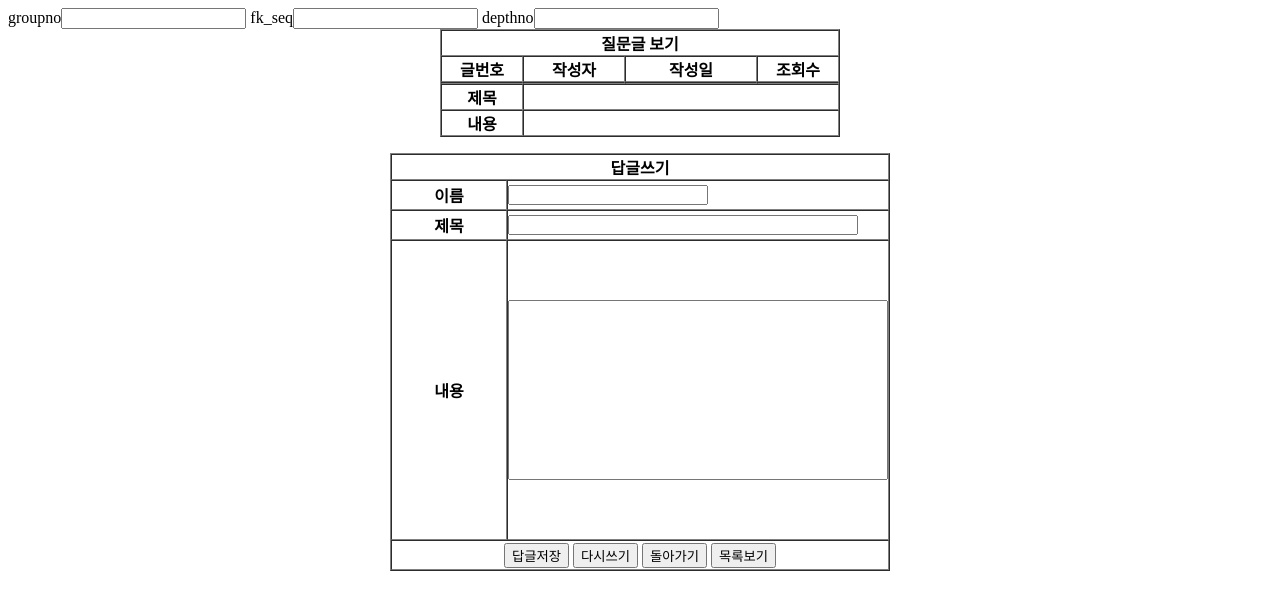
Repository: xx10222/STS_MVC2_Board
Page: http://localhost/project2/WEB-INF/views/board/replyView.jsp
These files come from the project's save history. The page is drawn as it stood at one moment and after the next save; the edit follows.
The browser window is 1280 px wide. The pictures show the whole page.
Some web libraries are served in a nearby version. The page is served by Tomcat 9. Nobody is signed in. Other server files are loaded and not shown. The template is opened directly, without the code that normally fills it, so the values that code supplies are empty.

Above is the page before, as saved 2020-05-27 10:40:22.

### project2/src/main/webapp/WEB-INF/views/board/replyView.jsp
<%@ page language="java" contentType="text/html; charset=UTF-8" pageEncoding="UTF-8"%>
<%@ taglib uri="http://java.sun.com/jsp/jstl/core" prefix="c" %>
<%@ taglib prefix="fmt" uri="http://java.sun.com/jsp/jstl/fmt"%>
<! DOCTYPE html PUBLIC "-//W3C//DTD HTML 4.01 Transitional//EN" "http://www.w3.org/TR/html4/loose.dtd">
<html>
   <head>
      <script src="//cdnjs.cloudflare.com/ajax/libs/jquery/3.2.1/jquery.min.js"></script>
       <title>게시판</title>
   </head>
   <script type="text/javascript">
      $(document).ready(function(){
         var formObj = $("form[name='replyForm']");
         //목록보기
         $(".list_btn").on("click", function(){
            event.preventDefault();
            location.href = "/board/list";
         })
         //답글저장
         $(".reply_btn").on("click", function(){
            if(fn_valiChk()){
               return false;
            }
            formObj.attr("action", "/board/reply");
            formObj.attr("method", "post");
            formObj.submit();
         })
         /*다시쓰기
         $(".rewrite_btn").on("click", function(){
            event.preventDefault();
             location.href = "/board/replyView";
         })*/
         //돌아가기
         $(".cancel_btn").on("click", function(){
            event.preventDefault();
            location.href = "/board/updateView?bno=${reply.bno}";
         })
      })

      function fn_valiChk(){
         var listForm = $("form[name='listForm'] .chk").length;
         for(var i = 0; i<listForm; i++){
            if($(".chk").eq(i).val() == "" || $(".chk").eq(i).val() == null){
               alert($(".chk").eq(i).attr("title"));
               return true;
            }
         }
      }
      function numberMaxLength(e){
          if(e.value.length > e.maxLength){
              e.value = e.value.slice(0, e.maxLength);
          }
      }
   </script>

   <body>

      <div id="root">

         <section id="container">
            <form name="replyForm" role="form" method="post" action="/board/reply">
               <input type="hidden" name="bno" value="${reply.bno}" readonly="readonly"/>

               <label>groupno</label><input type="number" name="groupno" value="${reply.groupno}" readonly="readonly"/>
               <label>fk_seq</label><input type="number" name="fk_seq" value="${reply.fk_seq}" readonly="readonly"/>
               <label>depthno</label><input type="number" name="depthno" value="${reply.depthno}" readonly="readonly"/>

               <table align="center" width="400" cellpadding="0" cellspacing="0" border="1">
                  <tr><th colspan = "4" align="center">질문글 보기</th></tr>
                  <tr>
                     <th align="center">글번호</th>
                     <th align="center">작성자</th>
                     <th align="center">작성일</th>
                     <th align="center">조회수</th>
                  </tr>
                  <tr>
                      <td align="center" width="80"><c:out value="${reply.bno}" /></td>
                     <td align="center" width="100"><c:out value="${reply.writer}" /></td>
                     <td align="center" width="130">
                           <fmt:formatDate value="${reply.regdate}" pattern="yyyy-MM-dd HH:mm:ss"/>
                     </td>
                     <td align="center" width="80"><c:out value="${reply.hit}" /></td>
                  </tr>
                    <tr>
                       <th>제목</th>
                       <td colspan = "3">
                           <c:out value=" ${reply.title}"/>
                        </td>
                     </tr>
                     <tr>
                        <th>내용</th>
                       <td colspan = "3">
                           <c:out value=" ${reply.content}"/>
                        </td>
                     </tr>
               </table>
            </form>

            <form name="replyForm" method="post" action="/board/reply">
               <input type="hidden" name="groupno" value="${reply.groupno}" readonly="readonly"/>
               <input type="hidden" name="fk_seq" value="${reply.bno}" readonly="readonly"/>
               <input type="hidden" name="depthno" value="${reply.depthno+1}" readonly="readonly"/>
               <table align="center" width="500" cellpadding="0" cellspacing="0" border="1">
                  <tr><th colspan = "2" align="center">답글쓰기</th></tr>
                      <tr>
                        <th align="center" width="100" height="30">이름</th>
                        <td>
                          <input style="width:200px;height:20px;" type="text" id="writer" name="writer" class="chk" title="작성자를 입력하세요."
                          maxlength="20" oninput="numberMaxLength(this);"/>
                        </td>
                     </tr>
                     <tr>
                        <th align="center" width="100" height="30">제목</th>
                        <td>
                           <input style="width:350px;height:20px; type="text" id="title" name="title" class="chk" title="제목을 입력하세요."/>
                        </td>
                     </tr>
                     <tr>
                        <th align="center" width="200" height="300">내용</th>
                        <td>
                           <textarea style="resize: none; width:380px;height:180px; id="content" name="content" class="chk" title="내용을 입력하세요."></textarea>
                        </td>
                     </tr>

                     <tr><th colspan="4" align="center" height="30">
                        <div>
                     		<button type="submit" class="reply_btn">답글저장</button>
                     		<button type="reset">다시쓰기</button>
                           <button type="submit" class="cancel_btn">돌아가기</button>
                           <button type="submit" class="list_btn">목록보기</button>
                        </div>
                     </tr>
               </table>
            </form>
         </section>
      </div>
   </body>
</html>

After the next save:
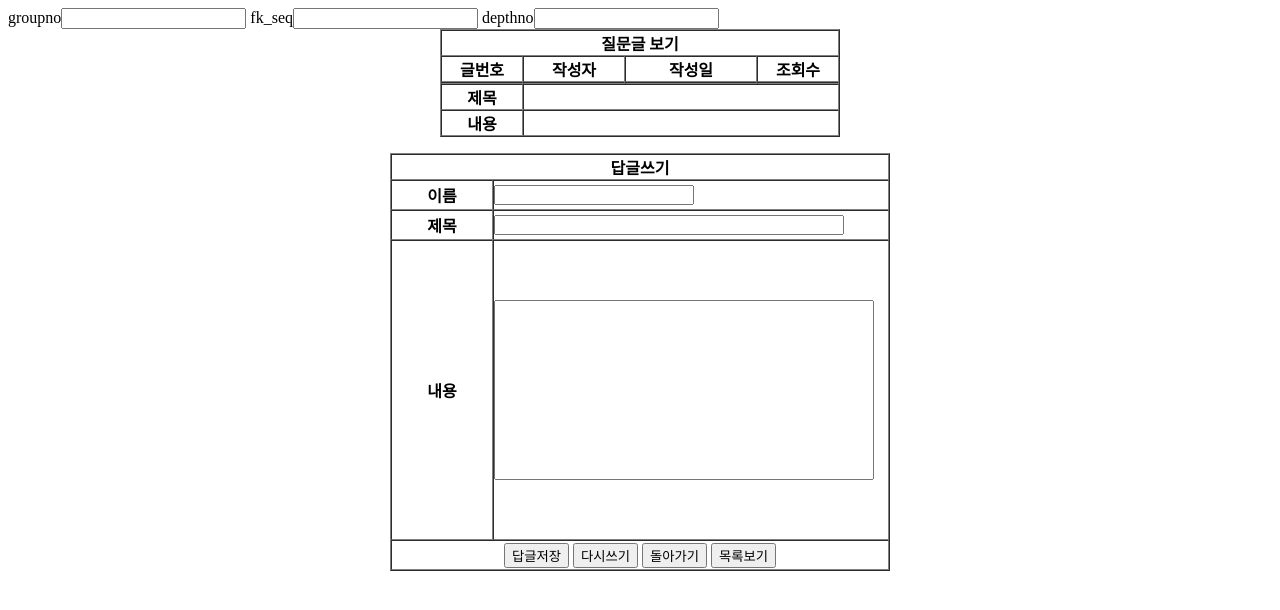
Saved 3 s later.
--- a/project2/src/main/webapp/WEB-INF/views/board/replyView.jsp
+++ b/project2/src/main/webapp/WEB-INF/views/board/replyView.jsp
@@ -115,7 +115,7 @@
                         </td>
                      </tr>
                      <tr>
-                        <th align="center" width="200" height="300">내용</th>
+                        <th align="center" width="100" height="300">내용</th>
                         <td>
                            <textarea style="resize: none; width:380px;height:180px; id="content" name="content" class="chk" title="내용을 입력하세요."></textarea>
                         </td>
